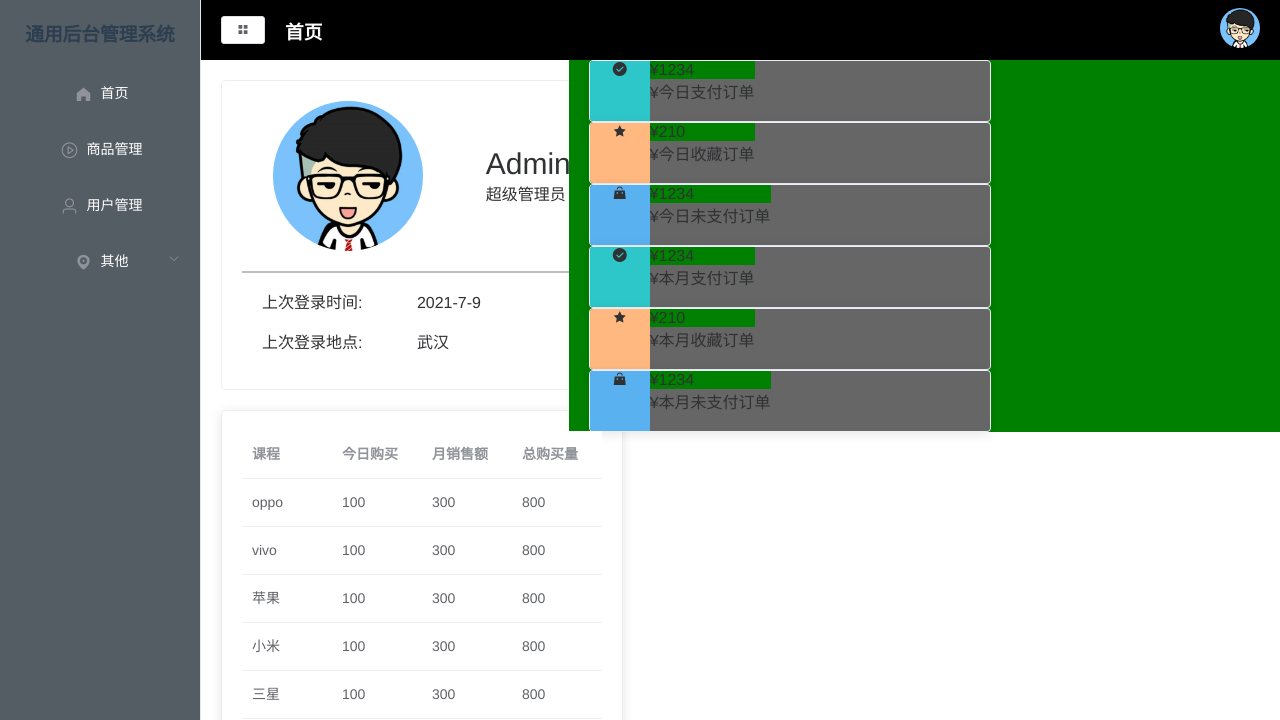
Repository: 385841539/VueStudy
Page: / (app in vue_cli/)
The author's editor kept a copy of each file at every save. The page is drawn from the files as they stood at one save, then again after a run of saves.
The browser window is 1280 px wide. The pictures show the whole page.
An inner scrolling area shows only its first screen. The project was rebuilt for these pictures with package versions that can differ from the ones it lists, and the page was loaded fresh each time. Also part of the build but not shown: vue_cli/vue.config.js.

Above is the page before, as saved 2022-01-13 14:51:27.

After the next 2 saves:
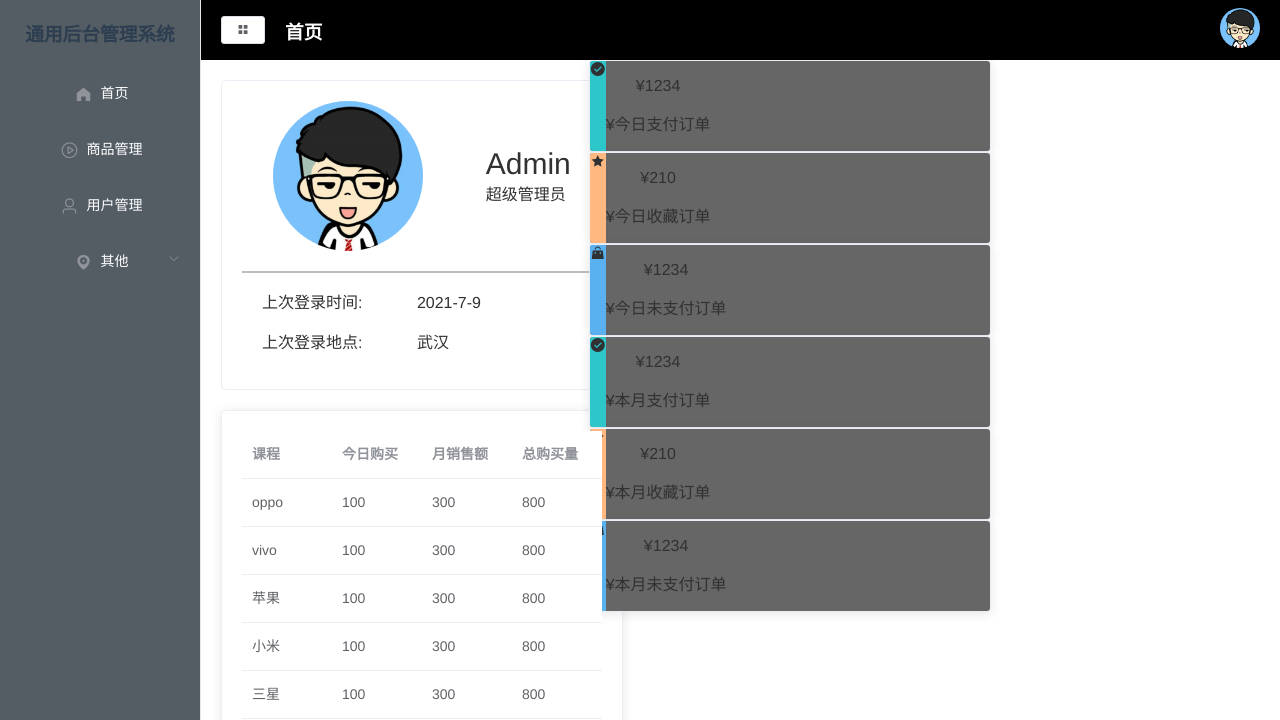
The 2 saves are shown as one change because they came seconds apart.
The last was saved 14 s later.
--- a/vue_cli/src/views/Home/Home.vue
+++ b/vue_cli/src/views/Home/Home.vue
@@ -193,25 +193,6 @@ export default {
   span {
     margin-left: 50px;
   }
-}
 
-.num {
-  display: flex;
-  padding: 0px;
-  flex-wrap: wrap;
-  background-color: green;
-  .div{
-
-      width: 300px;
-      height: auto;
-  }
-  .icon {
-    width: 60px;
-    height: 60px;
-  }
-  p {
-    padding: 0px;
-    margin: 0px;
-  }
 }
 </style>
